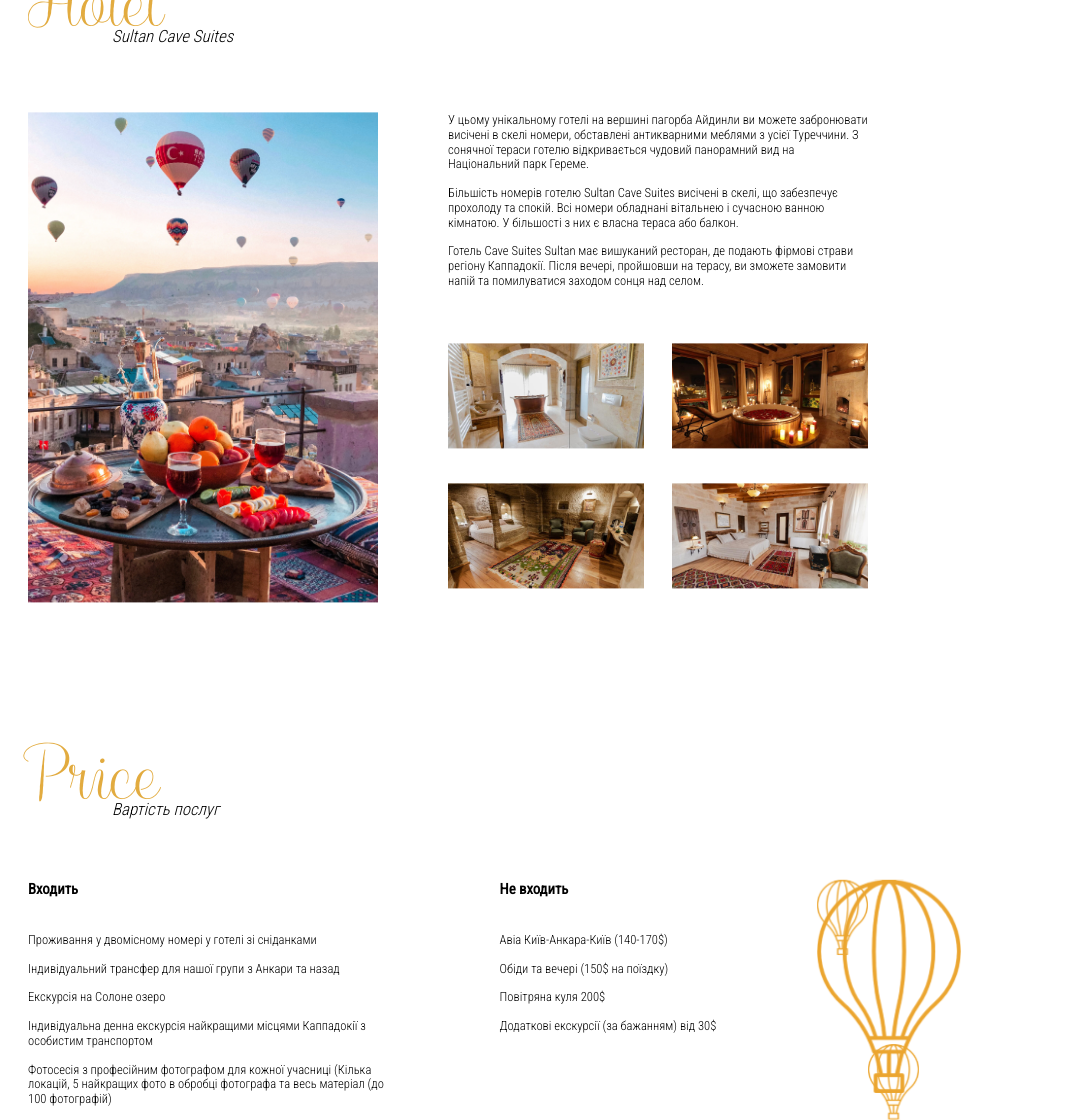
Repository: KYUUBI-K/cappadocia
Page: index.html
An editor plug-in stored every save of this project. The page is shown before and after the next save, followed by the edit.
The browser window is 1280 px wide. The page is 1540 px wide, so the pictures cover 1540 px, including what lies to the right of the window. The pictures show the part of the page from y = 3371 to 4971 px (the page is 4971 px tall), at 70% of full size.

Above is the page before, as saved 2025-08-21 19:38:00.

After the next save:
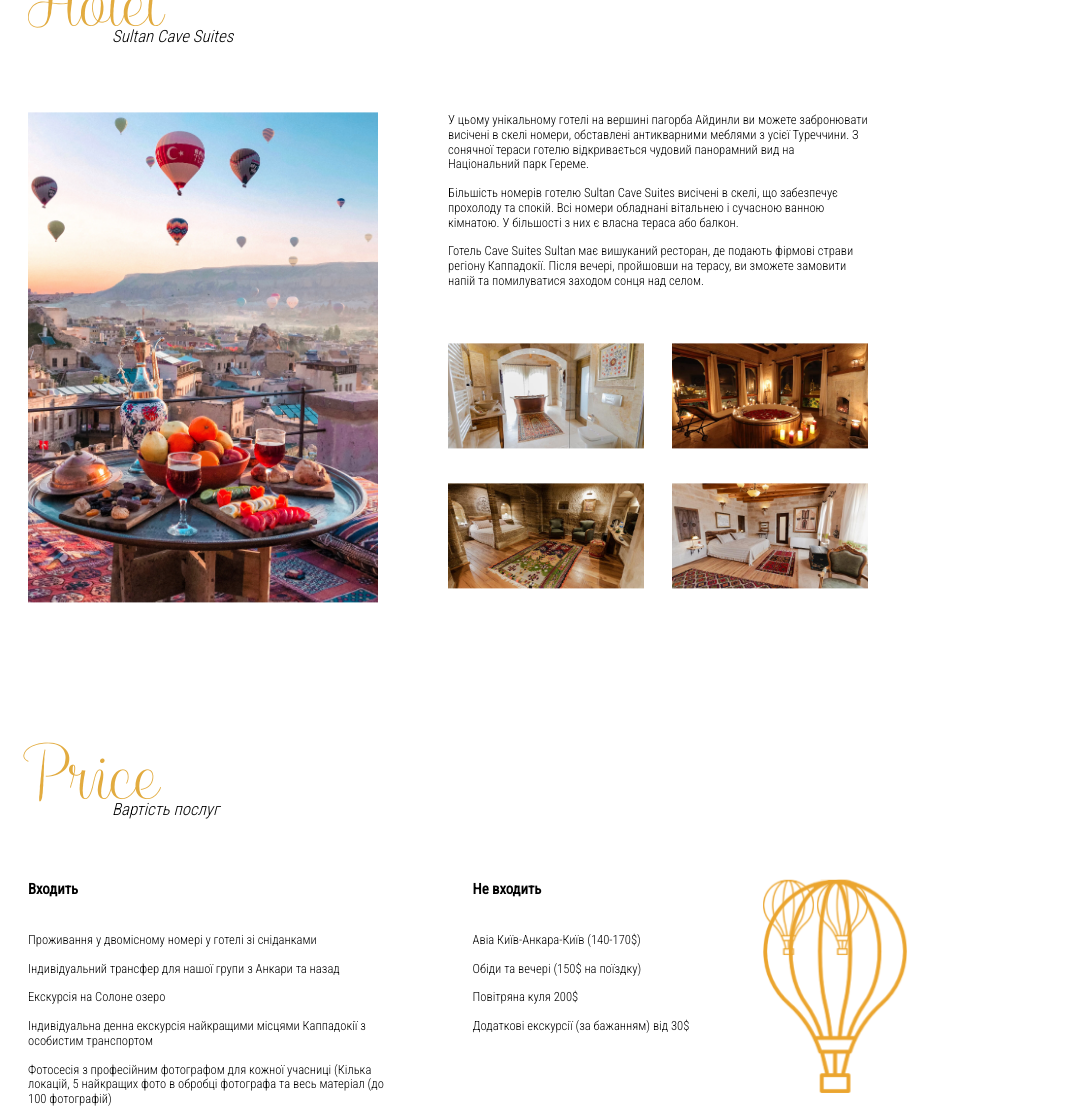
Saved 5 s later.
--- a/styles.css
+++ b/styles.css
@@ -327,7 +327,7 @@
   top: 0;
 }
 .svg-flight-down {
-  position: absolute;
+  position: relative
   bottom: 0;
 }
 
